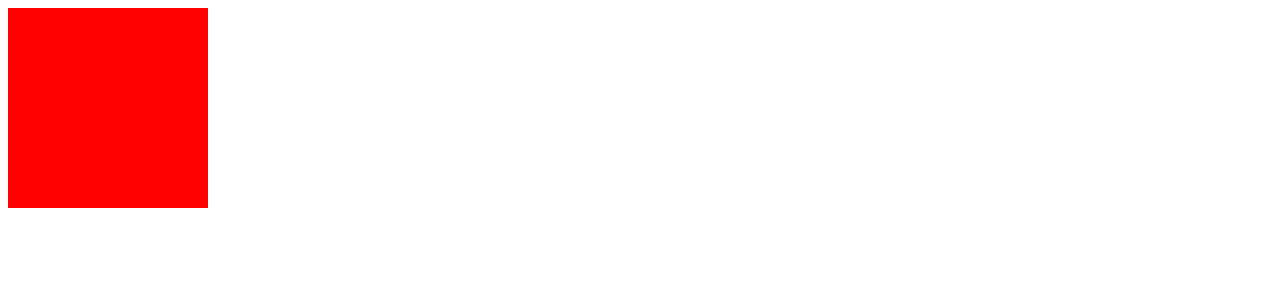
Repository: nonishi/jQuery-Lesson
Page: index.html
These files come from the project's save history. The page is drawn as it stood at one moment and after the next save; the edit follows.
The browser window is 1280 px wide. The pictures show the whole page.

Above is the page before, as saved 2021-06-16 15:49:07.

After the next save:
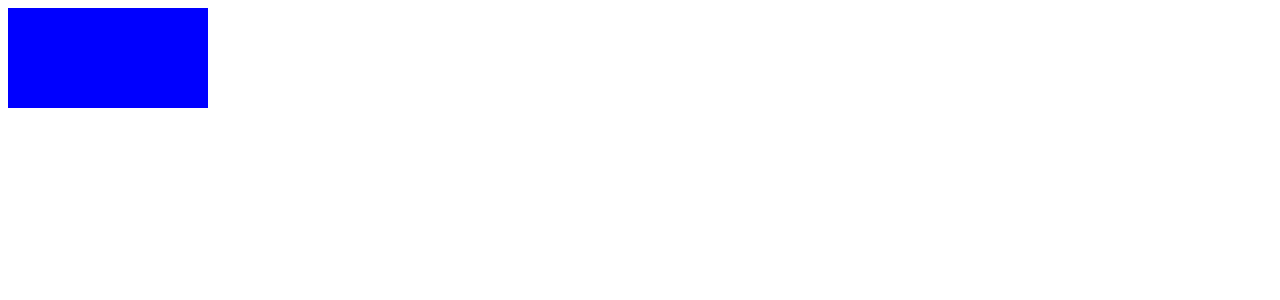
Saved 11 s later.
--- a/app.js
+++ b/app.js
@@ -1,5 +1,6 @@
 $(document).ready(function () {
   $('.box1').css({
-
+    'background-color': '#0000FF',
+    'height': '100px'
   })
 });
